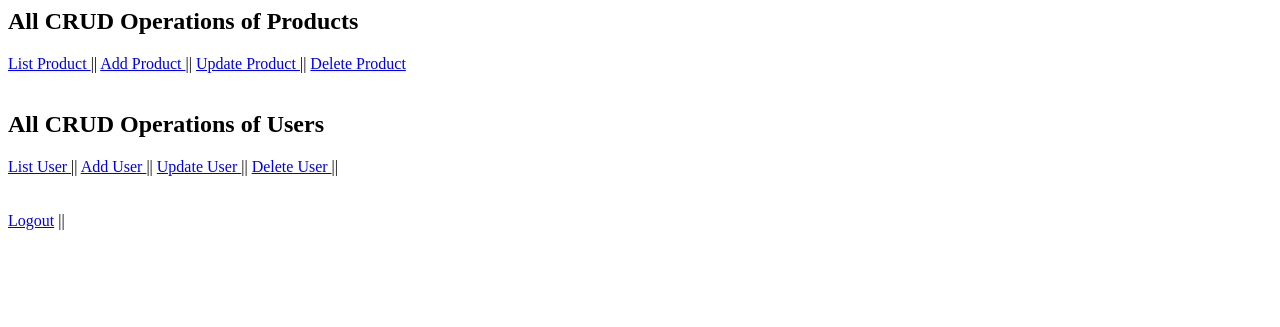
Repository: AnushkaSharma9/Make-an-E-commerce-Website-For-SportyShoes-sportyshoes
Page: http://localhost/phase3-Project-SportyShoes-Webappplication/home.jsp
The author's editor kept a copy of each file at every save. The page is drawn from the files as they stood at one save, then again after the next save.
The browser window is 1280 px wide. The pictures show the whole page.
The page is served by Tomcat 9. Nobody is signed in. The application's start-up code is not run.

Above is the page before, as saved 2021-10-25 19:12:11.

After the next save:
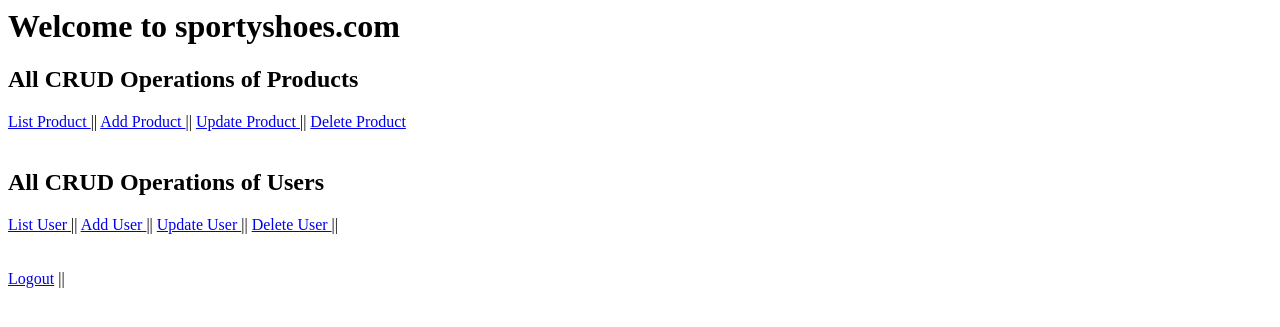
Saved 4 min 33 s later.
--- a/phase3-Project-SportyShoes-Webappplication/src/main/webapp/home.jsp
+++ b/phase3-Project-SportyShoes-Webappplication/src/main/webapp/home.jsp
@@ -1,6 +1,6 @@
 <html>
 <body>
-
+<h1> Welcome to sportyshoes.com</h1>
 	<h2>All  CRUD Operations of Products </h2>
 	<a href="list-products"> List Product </a> ||
 	<a href="add-product"> Add Product </a>  ||
